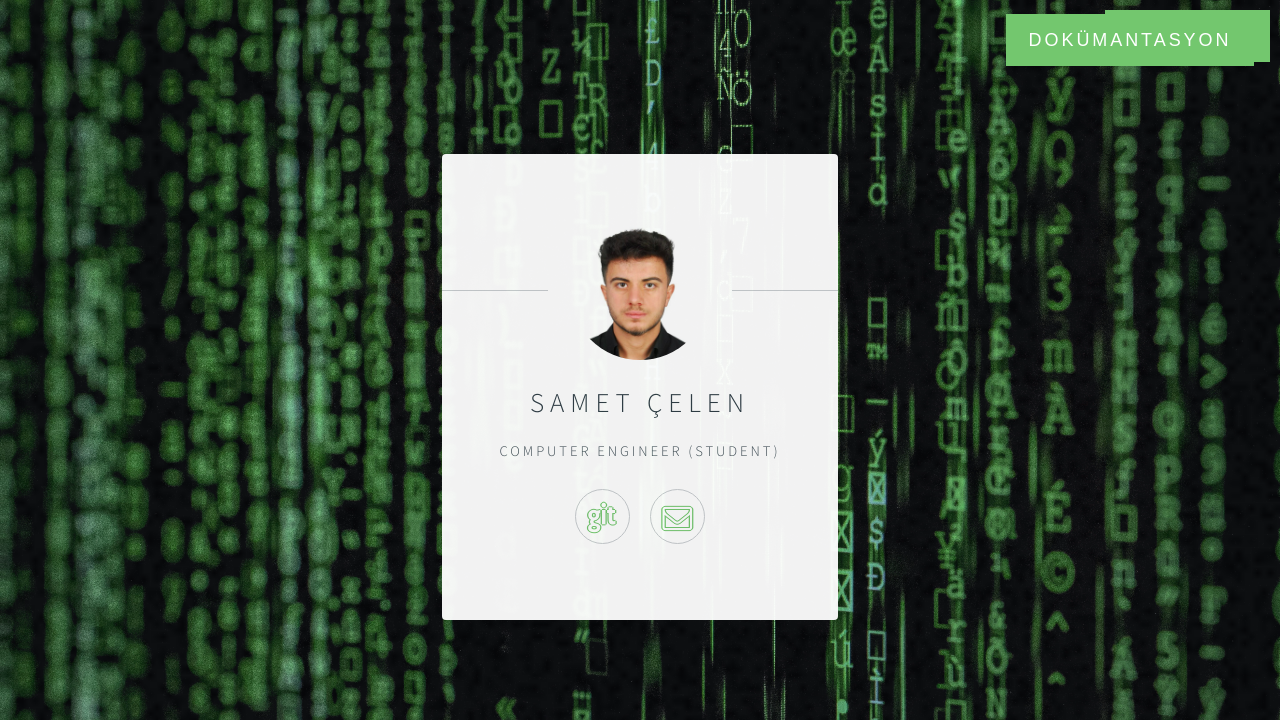
Repository: Sametcelen/sametcelen.github.io
Page: index.html
These files come from the project's save history. The page is drawn as it stood at one moment and after a run of saves; the edit follows.
The browser window is 1280 px wide. The pictures show the whole page.

Above is the page before, as saved 2024-10-31 21:02:18.

### index.html
<!DOCTYPE HTML>

<html>

<head>
	<title>Samet Çelen</title>
	<meta charset="utf-8" />
	<meta name="theme-color" content="#2196f3">
	<link rel="shortcut icon" href="/images/favicon.ico" type="image/x-icon">
	<link rel="icon" href="/images/favicon.ico" type="image/x-icon">
	<meta name="viewport" content="width=device-width, initial-scale=1" />
	<!--[if lte IE 8]><script src="assets/js/html5shiv.js"></script><![endif]-->
	<link rel="stylesheet" href="assets/css/main.css" />
	<!--[if lte IE 9]><link rel="stylesheet" href="assets/css/ie9.css" /><![endif]-->
	<!--[if lte IE 8]><link rel="stylesheet" href="assets/css/ie8.css" /><![endif]-->
	<!-- Compiled and minified CSS -->
	<!-- Global site tag (gtag.js) - Google Analytics -->

	<!-- Global site tag (gtag.js) - Google Analytics -->

	<noscript>
		<link rel="stylesheet" href="assets/css/noscript.css" />
	</noscript>
	<link rel="stylesheet" href="https://fonts.googleapis.com/icon?family=Material+Icons">
</head>


<body class="is-loading">

	<!-- Wrapper -->
	<div id="wrapper">
		<p><a href="/CV.pdf" class="buton" id="butblog">Özgeçmiş</a></p>
		<p><a href="/Doc.pdf" class="buton" id="butblog2">Dokümantasyon</a></p>

		<!-- Main -->
		<section id="main">
			<header>
				<span class="avatar"><img id="av" src="images/avatar.jpg" alt="" /></span>
				<h1 id="isim">Samet Çelen</h1>
				<p id="meslek">Computer Engineer (Student)</p>
			</header>




			<footer>
				<ul class="icons">
					<li><a href="https://github.com/Sametcelen" class="fa fa-git">Github</a></li>
					<li><a href="mailto:sametcelen516@gmail.net" class="fa fa-envelope-o">Mail</a></li>
				</ul>
			</footer>
		</section>
		<script>
			function myFunction() {
				var x = document.getElementById("iletisim");
				if (x.style.display === "none") {
					x.style.display = "block";
				} else {
					x.style.display = "none";
				}
			}
		</script>


		<!-- Footer -->
		<footer id="footer">
			<ul class="copyright">
				<li></li>
				<li> <a href=""></a></li>
			</ul>
		</footer>

	</div>

	<!-- Scripts -->
	<!--[if lte IE 8]><script src="assets/js/respond.min.js"></script><![endif]-->
	<script>
		if ('addEventListener' in window) {
			window.addEventListener('load', function () { document.body.className = document.body.className.replace(/\bis-loading\b/, ''); });
			document.body.className += (navigator.userAgent.match(/(MSIE|rv:11\.0)/) ? ' is-ie' : '');
		}

	</script>

</body>

</html>

### assets/css/main.css
@charset "UTF-8";
@import url(font-awesome.min.css);
@import url("http://fonts.googleapis.com/css?family=Source+Sans+Pro:300");

/*
	Identity by HTML5 UP
	html5up.net | @n33co
	Free for personal and commercial use under the CCA 3.0 license (html5up.net/license)
*/

/* Reset */

	html, body, div, span, applet, object, iframe, h1, h2, h3, h4, h5, h6, p, blockquote, pre, a, abbr, acronym, address, big, cite, code, del, dfn, em, img, ins, kbd, q, s, samp, small, strike, strong, sub, sup, tt, var, b, u, i, center, dl, dt, dd, ol, ul, li, fieldset, form, label, legend, table, caption, tbody, tfoot, thead, tr, th, td, article, aside, canvas, details, embed, figure, figcaption, footer, header, hgroup, menu, nav, output, ruby, section, summary, time, mark, audio, video {
		margin: 0;
		padding: 0;
		border: 0;
		font-size: 100%;
		font: inherit;
		vertical-align: baseline;
	}
	#butblog{
		position: fixed;
		right: 10px;
		top: 10px;
		z-index: 1;
	}
	article, aside, details, figcaption, figure, footer, header, hgroup, menu, nav, section {
		display: block;
	}

	body {
		line-height: 1;
	}

	ol, ul {
		list-style: none;
	}

	blockquote, q {
		quotes: none;
	}

	blockquote:before, blockquote:after, q:before, q:after {
		content: '';
		content: none;
	}

	table {
		border-collapse: collapse;
		border-spacing: 0;
	}

	body {
		-webkit-text-size-adjust: none;
	}

/* Box Model */

	*, *:before, *:after {
		-moz-box-sizing: border-box;
		-webkit-box-sizing: border-box;
		box-sizing: border-box;
	}

/* Basic */

	@media screen and (max-width: 480px) {

		html, body {
			min-width: 320px;
		}

	}

	body.is-loading *, body.is-loading *:before, body.is-loading *:after {
		-moz-animation: none !important;
		-webkit-animation: none !important;
		-ms-animation: none !important;
		animation: none !important;
		-moz-transition: none !important;
		-webkit-transition: none !important;
		-ms-transition: none !important;
		transition: none !important;
	}

	html {
		height: 100%;
	}

	body {
		height: 100%;
		background-color: #ffffff;
		background-image: url("images/overlay.png"), url("../../images/bg.jpg");
		background-image: url("images/overlay.png"), url("../../images/bg.jpg");
		background-image: url("images/overlay.png"), url("../../images/bg.jpg");
		background-image: url("images/overlay.png"), url("../../images/bg.jpg");
		background-repeat: repeat,			no-repeat,			no-repeat;
		background-size: cover, cover,				cover;
		background-position: top left,		center center,		bottom center;
		background-attachment: fixed,			fixed,				fixed;
	}

		body:after {
			content: '';
			display: block;
			position: fixed;
			top: 0;
			left: 0;
			width: 100%;
			height: inherit;
			opacity: 0;
			z-index: 1;
			background-color: #ffffff;
			background-image: url("images/overlay.png"), -moz-linear-gradient(60deg, rgba(255, 165, 150, 0.5) 5%, rgba(0, 228, 255, 0.35));
			background-image: url("images/overlay.png"), -webkit-linear-gradient(60deg, rgba(255, 165, 150, 0.5) 5%, rgba(0, 228, 255, 0.35));
			background-image: url("images/overlay.png"), -ms-linear-gradient(60deg, rgba(255, 165, 150, 0.5) 5%, rgba(0, 228, 255, 0.35));
			background-image: url("images/overlay.png"), linear-gradient(60deg, rgba(255, 165, 150, 0.5) 5%, rgba(0, 228, 255, 0.35));
			background-repeat: repeat,			no-repeat;
			background-size: 100px 100px, cover;
			background-position: top left,		center center;
			-moz-transition: opacity 1.75s ease-out;
			-webkit-transition: opacity 1.75s ease-out;
			-ms-transition: opacity 1.75s ease-out;
			transition: opacity 1.75s ease-out;
		}

		body.is-loading:after {
			opacity: 1;
		}

/* Type */

	body, input, select, textarea {
		color: #414f57;
		font-family: "Source Sans Pro", Helvetica, sans-serif;
		font-size: 14pt;
		font-weight: 300;
		line-height: 2;
		letter-spacing: 0.2em;
		text-transform: uppercase;
	}

		@media screen and (max-width: 1680px) {

			body, input, select, textarea {
				font-size: 11pt;
			}

		}

		@media screen and (max-width: 480px) {

			body, input, select, textarea {
				font-size: 10pt;
				line-height: 1.75;
			}

		}

	a {
		-moz-transition: color 0.2s ease, border-color 0.2s ease;
		-webkit-transition: color 0.2s ease, border-color 0.2s ease;
		-ms-transition: color 0.2s ease, border-color 0.2s ease;
		transition: color 0.2s ease, border-color 0.2s ease;
		color: inherit;
		text-decoration: none;
	}

		a:before {
			-moz-transition: color 0.2s ease, text-shadow 0.2s ease;
			-webkit-transition: color 0.2s ease, text-shadow 0.2s ease;
			-ms-transition: color 0.2s ease, text-shadow 0.2s ease;
			transition: color 0.2s ease, text-shadow 0.2s ease;
		}

		a:hover {
			color: #ff7496;
		}

	strong, b {
		color: #313f47;
	}

	em, i {
		font-style: italic;
	}

	p {
		margin: 0 0 1.5em 0;
	}

	h1, h2, h3, h4, h5, h6 {
		color: #313f47;
		line-height: 1.5;
		margin: 0 0 0.75em 0;
	}

		h1 a, h2 a, h3 a, h4 a, h5 a, h6 a {
			color: inherit;
			text-decoration: none;
		}

	h1 {
		font-size: 1.85em;
		letter-spacing: 0.22em;
		margin: 0 0 0.525em 0;
	}

	h2 {
		font-size: 1.25em;
	}

	h3 {
		font-size: 1em;
	}

	h4 {
		font-size: 1em;
	}

	h5 {
		font-size: 1em;
	}

	h6 {
		font-size: 1em;
	}

	@media screen and (max-width: 480px) {

		h1 {
			font-size: 1.65em;
		}

	}

	sub {
		font-size: 0.8em;
		position: relative;
		top: 0.5em;
	}

	sup {
		font-size: 0.8em;
		position: relative;
		top: -0.5em;
	}

	hr {
		border: 0;
		border-bottom: solid 1px #c8cccf;
		margin: 3em 0;
	}

/* Form */

	form {
		margin: 0 0 1.5em 0;
	}

		form > .field {
			margin: 0 0 1.5em 0;
		}

			form > .field > :last-child {
				margin-bottom: 0;
			}

	label {
		color: #313f47;
		display: block;
		font-size: 0.9em;
		margin: 0 0 0.75em 0;
	}

	input[type="text"],
	input[type="password"],
	input[type="email"],
	input[type="tel"],
	select,
	textarea {
		-moz-appearance: none;
		-webkit-appearance: none;
		-ms-appearance: none;
		appearance: none;
		border-radius: 4px;
		border: solid 1px #c8cccf;
		color: inherit;
		display: block;
		outline: 0;
		padding: 0 1em;
		text-decoration: none;
		width: 100%;
	}

		input[type="text"]:invalid,
		input[type="password"]:invalid,
		input[type="email"]:invalid,
		input[type="tel"]:invalid,
		select:invalid,
		textarea:invalid {
			box-shadow: none;
		}

		input[type="text"]:focus,
		input[type="password"]:focus,
		input[type="email"]:focus,
		input[type="tel"]:focus,
		select:focus,
		textarea:focus {
			border-color: #ff7496;
		}

	.select-wrapper {
		text-decoration: none;
		display: block;
		position: relative;
	}

		.select-wrapper:before {
			content: "";
			-moz-osx-font-smoothing: grayscale;
			-webkit-font-smoothing: antialiased;
			font-family: FontAwesome;
			font-style: normal;
			font-weight: normal;
			text-transform: none !important;
		}

		.select-wrapper:before {
			color: #c8cccf;
			display: block;
			height: 2.75em;
			line-height: 2.75em;
			pointer-events: none;
			position: absolute;
			right: 0;
			text-align: center;
			top: 0;
			width: 2.75em;
		}

		.select-wrapper select::-ms-expand {
			display: none;
		}

	input[type="text"],
	input[type="password"],
	input[type="email"],
	select {
		height: 2.75em;
	}

	textarea {
		padding: 0.75em 1em;
	}

	input[type="checkbox"],
	input[type="radio"] {
		-moz-appearance: none;
		-webkit-appearance: none;
		-ms-appearance: none;
		appearance: none;
		display: block;
		float: left;
		margin-right: -2em;
		opacity: 0;
		width: 1em;
		z-index: -1;
	}

		input[type="checkbox"] + label,
		input[type="radio"] + label {
			text-decoration: none;
			color: #414f57;
			cursor: pointer;
			display: inline-block;
			font-size: 1em;
			font-weight: 300;
			padding-left: 2.4em;
			padding-right: 0.75em;
			position: relative;
		}

			input[type="checkbox"] + label:before,
			input[type="radio"] + label:before {
				-moz-osx-font-smoothing: grayscale;
				-webkit-font-smoothing: antialiased;
				font-family: FontAwesome;
				font-style: normal;
				font-weight: normal;
				text-transform: none !important;
			}

			input[type="checkbox"] + label:before,
			input[type="radio"] + label:before {
				border-radius: 4px;
				border: solid 1px #c8cccf;
				content: '';
				display: inline-block;
				height: 1.65em;
				left: 0;
				line-height: 1.58125em;
				position: absolute;
				text-align: center;
				top: 0.15em;
				width: 1.65em;
			}

		input[type="checkbox"]:checked + label:before,
		input[type="radio"]:checked + label:before {
			color: #ff7496;
			content: '\f00c';
		}

		input[type="checkbox"]:focus + label:before,
		input[type="radio"]:focus + label:before {
			border-color: #ff7496;
		}

	input[type="checkbox"] + label:before {
		border-radius: 4px;
	}

	input[type="radio"] + label:before {
		border-radius: 100%;
	}

	::-webkit-input-placeholder {
		color: #616f77 !important;
		opacity: 1.0;
	}

	:-moz-placeholder {
		color: #616f77 !important;
		opacity: 1.0;
	}

	::-moz-placeholder {
		color: #616f77 !important;
		opacity: 1.0;
	}

	:-ms-input-placeholder {
		color: #616f77 !important;
		opacity: 1.0;
	}

	.formerize-placeholder {
		color: #616f77 !important;
		opacity: 1.0;
	}

/* Icon */

	.icon {
		text-decoration: none;
		position: relative;
		border-bottom: none;
	}

		.icon:before {
			-moz-osx-font-smoothing: grayscale;
			-webkit-font-smoothing: antialiased;
			font-family: FontAwesome;
			font-style: normal;
			font-weight: normal;
			text-transform: none !important;
		}

		.icon > .label {
			display: none;
		}

/* List */

	ol {
		list-style: decimal;
		margin: 0 0 1.5em 0;
		padding-left: 1.25em;
	}

		ol li {
			padding-left: 0.25em;
		}

	ul {
		list-style: disc;
		margin: 0 0 1.5em 0;
		padding-left: 1em;
	}

		ul li {
			padding-left: 0.5em;
		}

		ul.alt {
			list-style: none;
			padding-left: 0;
		}

			ul.alt li {
				border-top: solid 1px #c8cccf;
				padding: 0.5em 0;
			}

				ul.alt li:first-child {
					border-top: 0;
					padding-top: 0;
				}

		ul.icons {
			cursor: default;
			list-style: none;
			padding-left: 0;
			margin-top: -0.675em;
		}

			ul.icons li {
				display: inline-block;
				padding: 0.675em 0.5em;
			}

				ul.icons li a {
					text-decoration: none;
					position: relative;
					display: block;
					width: 3.75em;
					height: 3.75em;
					border-radius: 100%;
					border: solid 1px #c8cccf;
					line-height: 3.75em;
					overflow: hidden;
					text-align: center;
					text-indent: 3.75em;
					white-space: nowrap;
				}

					ul.icons li a:before {
						-moz-osx-font-smoothing: grayscale;
						-webkit-font-smoothing: antialiased;
						font-family: FontAwesome;
						font-style: normal;
						font-weight: normal;
						text-transform: none !important;
					}

					ul.icons li a:before {
						color: #ffffff;
						text-shadow: 1.25px 0px 0px #73c76e, -1.25px 0px 0px #73c76e, 0px 1.25px 0px #73c76e, 0px -1.25px 0px #73c76e;
					}

					ul.icons li a:hover:before {
						text-shadow: 1.25px 0px 0px #73c76e, -1.25px 0px 0px #73c76e, 0px 1.25px 0px #73c76e, 0px -1.25px 0px #73c76e;
					}

					ul.icons li a:before {
						position: absolute;
						top: 0;
						left: 0;
						width: inherit;
						height: inherit;
						font-size: 1.85rem;
						line-height: inherit;
						text-align: center;
						text-indent: 0;
					}

					ul.icons li a:hover {
						border-color: #73c76e;
					}

					a.buton {
  font-family: Arial;
  color: #ffffff;
  font-size: 18px;
  background: #73c76e;
  padding: 8px 23px 8px 23px;
  text-decoration: none;
}

				a.buton:hover {
  background: #73c76e;
  text-decoration: none;
}

a.buton
   {
      position: absolute;
      top: 2%;
			right: 2%;
   }


/*	a.buton:hover{
background-color:#006699;
text-shadow: 0 1px 1px rgba(0, 0, 0, 0.25);
}
*/
			@media screen and (max-width: 480px) {

				ul.icons li a:before {
					font-size: 1.5rem;
				}

			}

		ul.actions {
			cursor: default;
			list-style: none;
			padding-left: 0;
		}

			ul.actions li {
				display: inline-block;
				padding: 0 0.75em 0 0;
				vertical-align: middle;
			}

				ul.actions li:last-child {
					padding-right: 0;
				}

	dl {
		margin: 0 0 1.5em 0;
	}

		dl dt {
			display: block;
			margin: 0 0 0.75em 0;
		}

		dl dd {
			margin-left: 1.5em;
		}

/* Button */

	input[type="submit"],
	input[type="reset"],
	input[type="button"],
	button,
	.button {
		-moz-appearance: none;
		-webkit-appearance: none;
		-ms-appearance: none;
		appearance: none;
		-moz-transition: background-color 0.2s ease-in-out, border-color 0.2s ease-in-out, color 0.2s ease-in-out;
		-webkit-transition: background-color 0.2s ease-in-out, border-color 0.2s ease-in-out, color 0.2s ease-in-out;
		-ms-transition: background-color 0.2s ease-in-out, border-color 0.2s ease-in-out, color 0.2s ease-in-out;
		transition: background-color 0.2s ease-in-out, border-color 0.2s ease-in-out, color 0.2s ease-in-out;
		display: inline-block;
		height: 2.75em;
		line-height: 2.75em;
		padding: 0 1.5em;
		background-color: transparent;
		border-radius: 4px;
		border: solid 1px #c8cccf;
		color: #414f57 !important;
		cursor: pointer;
		text-align: center;
		text-decoration: none;
		white-space: nowrap;
	}

		input[type="submit"]:hover,
		input[type="reset"]:hover,
		input[type="button"]:hover,
		button:hover,
		.button:hover {
			border-color: #ff7496;
			color: #ff7496 !important;
		}

		input[type="submit"].icon,
		input[type="reset"].icon,
		input[type="button"].icon,
		button.icon,
		.button.icon {
			padding-left: 1.35em;
		}

			input[type="submit"].icon:before,
			input[type="reset"].icon:before,
			input[type="button"].icon:before,
			button.icon:before,
			.button.icon:before {
				margin-right: 0.5em;
			}

		input[type="submit"].fit,
		input[type="reset"].fit,
		input[type="button"].fit,
		button.fit,
		.button.fit {
			display: block;
			width: 100%;
			margin: 0 0 0.75em 0;
		}

		input[type="submit"].small,
		input[type="reset"].small,
		input[type="button"].small,
		button.small,
		.button.small {
			font-size: 0.8em;
		}

		input[type="submit"].big,
		input[type="reset"].big,
		input[type="button"].big,
		button.big,
		.button.big {
			font-size: 1.35em;
		}

		input[type="submit"].disabled, input[type="submit"]:disabled,
		input[type="reset"].disabled,
		input[type="reset"]:disabled,
		input[type="button"].disabled,
		input[type="button"]:disabled,
		button.disabled,
		button:disabled,
		.button.disabled,
		.button:disabled {
			-moz-pointer-events: none;
			-webkit-pointer-events: none;
			-ms-pointer-events: none;
			pointer-events: none;
			opacity: 0.5;
		}

/* Main */

	#main {
		position: relative;
		max-width: 100%;
		min-width: 27em;
		padding: 4.5em 3em 3em 3em ;
		background: #ffffff;
		border-radius: 4px;
		cursor: default;
		opacity: 0.95;
		text-align: center;
		-moz-transform-origin: 50% 50%;
		-webkit-transform-origin: 50% 50%;
		-ms-transform-origin: 50% 50%;
		transform-origin: 50% 50%;
		-moz-transform: rotateX(0deg);
		-webkit-transform: rotateX(0deg);
		-ms-transform: rotateX(0deg);
		transform: rotateX(0deg);
		-moz-transition: opacity 1s ease, -moz-transform 1s ease;
		-webkit-transition: opacity 1s ease, -webkit-transform 1s ease;
		-ms-transition: opacity 1s ease, -ms-transform 1s ease;
		transition: opacity 1s ease, transform 1s ease;
	}

		#main .avatar {
			position: relative;
			display: block;
			margin-bottom: 1.5em;
		}

			#main .avatar img {
				height:140px;
				width:140px;
				display: block;
				margin: 0 auto;
				border-radius: 100%;
				box-shadow: 0 0 0 1.5em #ffffff;
			}

			#main .avatar:before {
				content: '';
				display: block;
				position: absolute;
				top: 50%;
				left: -3em;
				width: calc(100% + 6em);
				height: 1px;
				z-index: -1;
				background: #c8cccf;
			}

		@media screen and (max-width: 480px) {

			#main {
				min-width: 0;
				width: 100%;
				padding: 4em 2em 2.5em 2em ;
			}

				#main .avatar:before {
					left: -2em;
					width: calc(100% + 4em);
				}

		}

		body.is-loading #main {
			opacity: 0;
			-moz-transform: rotateX(15deg);
			-webkit-transform: rotateX(15deg);
			-ms-transform: rotateX(15deg);
			transform: rotateX(15deg);
		}

/* Footer */

	#footer {
		-moz-align-self: -moz-flex-end;
		-webkit-align-self: -webkit-flex-end;
		-ms-align-self: -ms-flex-end;
		align-self: flex-end;
		width: 100%;
		padding: 1.5em 0 0 0;
		color: rgba(255, 255, 255, 0.75);
		cursor: default;
		text-align: center;
	}

		#footer .copyright {
			margin: 0;
			padding: 0;
			font-size: 0.9em;
			list-style: none;
		}

			#footer .copyright li {
				display: inline-block;
				margin: 0 0 0 0.45em;
				padding: 0 0 0 0.85em;
				border-left: solid 1px rgba(255, 255, 255, 0.5);
				line-height: 1;
			}

				#footer .copyright li:first-child {
					border-left: 0;
				}

/* Wrapper */

	#wrapper {
		display: -moz-flex;
		display: -webkit-flex;
		display: -ms-flex;
		display: flex;
		-moz-align-items: center;
		-webkit-align-items: center;
		-ms-align-items: center;
		align-items: center;
		-moz-justify-content: space-between;
		-webkit-justify-content: space-between;
		-ms-justify-content: space-between;
		justify-content: space-between;
		-moz-flex-direction: column;
		-webkit-flex-direction: column;
		-ms-flex-direction: column;
		flex-direction: column;
		-moz-perspective: 1000px;
		-webkit-perspective: 1000px;
		-ms-perspective: 1000px;
		perspective: 1000px;
		position: relative;
		min-height: 100%;
		padding: 1.5em;
		z-index: 2;
	}

		#wrapper > * {
			z-index: 1;
		}

		#wrapper:before {
			content: '';
			display: block;
		}

		@media screen and (max-width: 360px) {

			#wrapper {
				padding: 0.75em;
			}

		}

		body.is-ie #wrapper {
			height: 100%;
		}

Loaded but not shown: assets/css/font-awesome.min.css (library)

After the next 3 saves:
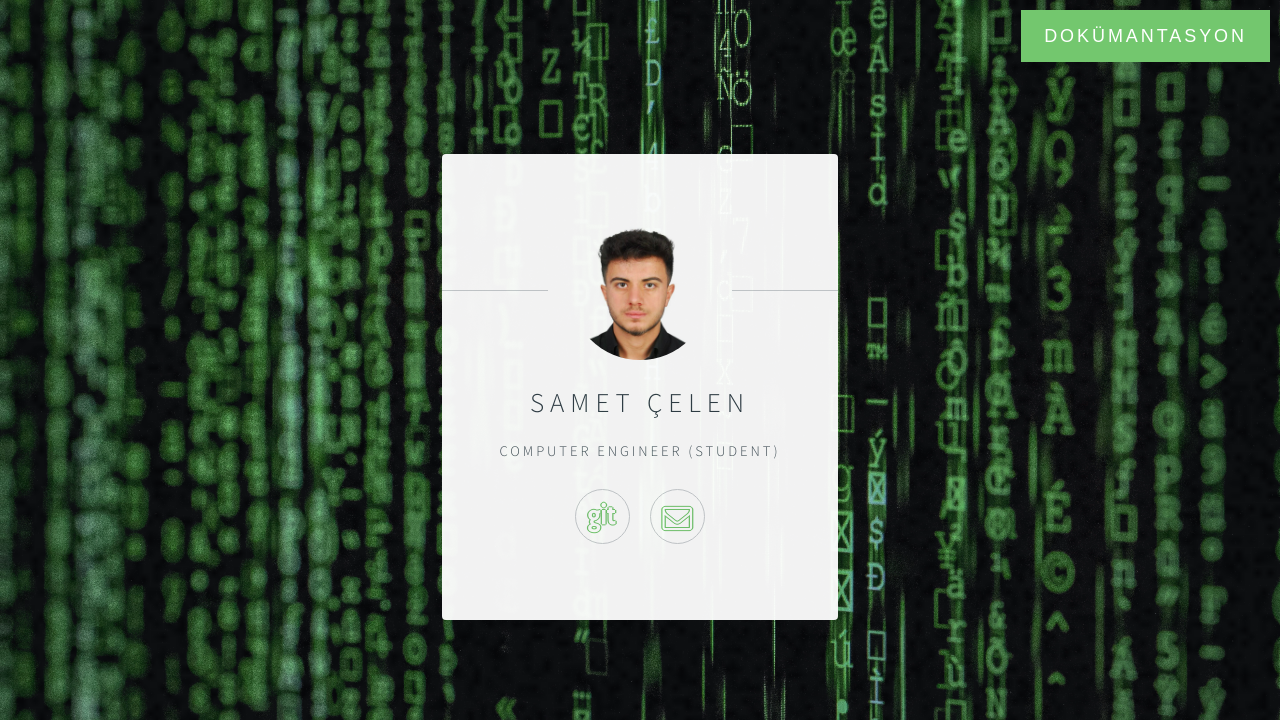
The 3 saves are shown as one change because they came seconds apart.
The last was saved 42 s later.
--- a/assets/css/main.css
+++ b/assets/css/main.css
@@ -19,6 +19,12 @@
 		vertical-align: baseline;
 	}
 	#butblog{
+		position: fixed;
+		right: 10px;
+		top: 10px;
+		z-index: 1;
+	}
+	#butblog2{
 		position: fixed;
 		right: 10px;
 		top: 10px;
